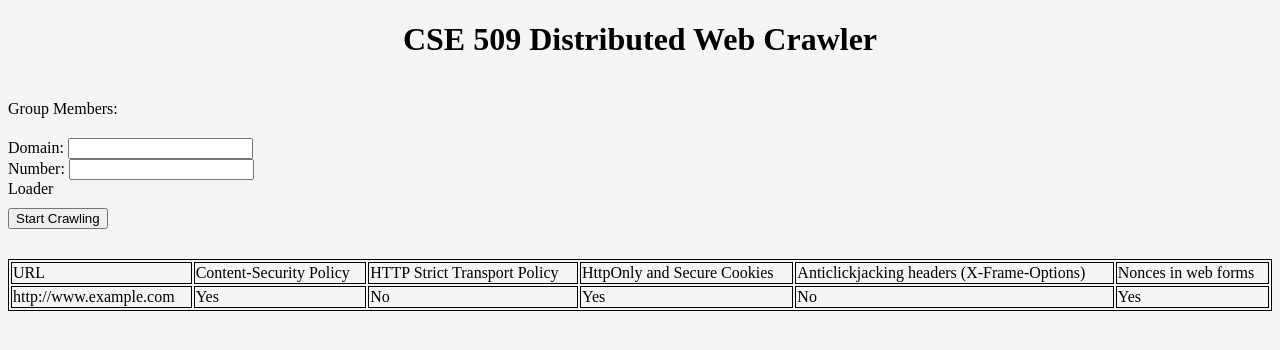
Repository: mfleish3/Crawler
Page: cse509/Crawling/WebContent/index.html
An editor plug-in stored every save of this project. The page is shown before and after the next save, followed by the edit.
The browser window is 1280 px wide. The pictures show the whole page.
Some web libraries are served in a nearby version.

Above is the page before, as saved 2015-11-07 22:52:20.

After the next save:
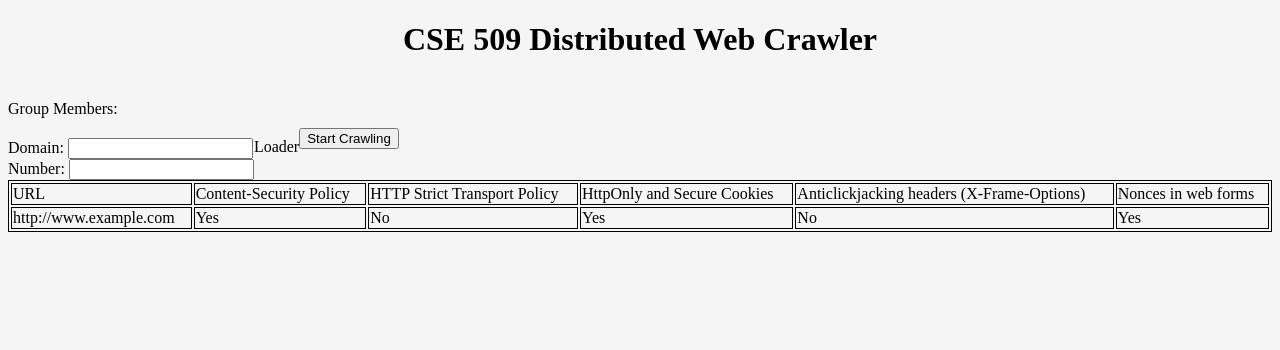
Saved 15 s later.
--- a/cse509/Crawling/WebContent/style/index.css
+++ b/cse509/Crawling/WebContent/style/index.css
@@ -19,8 +19,9 @@
 	padding-top: 20px;
 }
 
-#divInput {
+#divInput, #loader {
 	padding-top: 20px;
+	float: left;
 }
 
 #divProjectHeader {

After the save that followed:
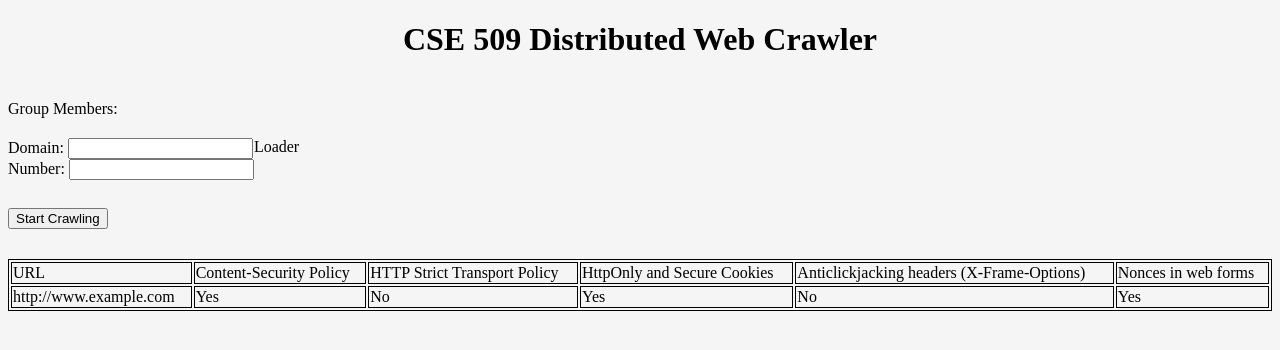
Saved 69 s later.
--- a/cse509/Crawling/WebContent/style/index.css
+++ b/cse509/Crawling/WebContent/style/index.css
@@ -38,5 +38,5 @@
 }
 
 #content {
-	width: 500;
+	height: 80px;
 }
